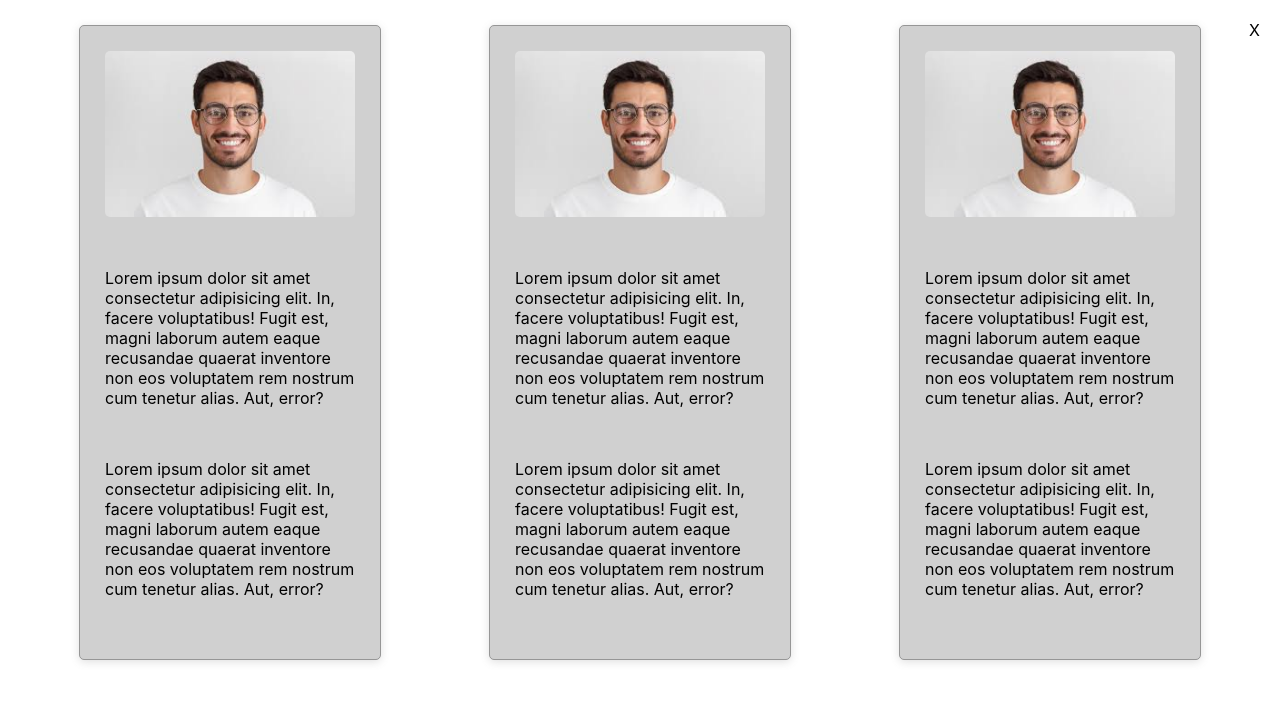
Repository: mikelnorth/team-profile-demo
Page: /
The author's editor kept a copy of each file at every save. The page is drawn from the files as they stood at one save, then again after the next save.
The browser window is 1280 px wide. The pictures show the whole page.
The project was rebuilt for these pictures with package versions that can differ from the ones it lists, and the page was loaded fresh each time.

Above is the page before, as saved 2022-05-19 19:01:49.

After the next save:
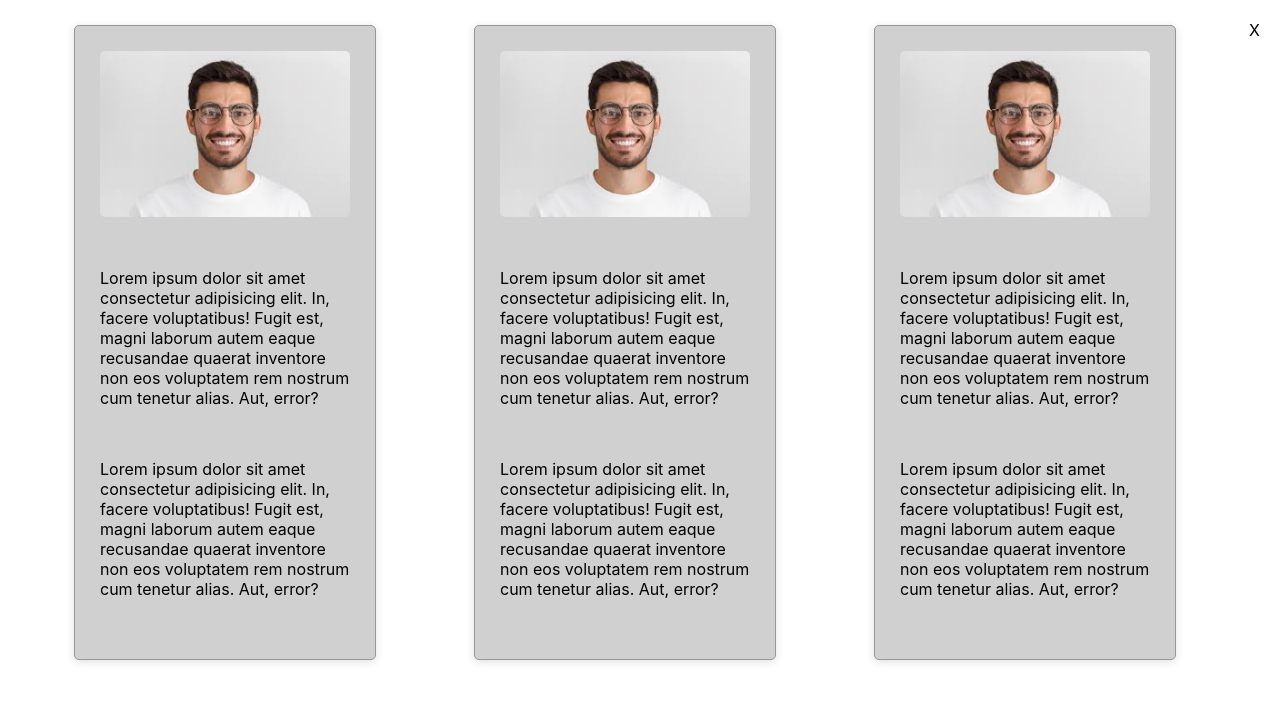
Saved 64 s later.
--- a/src/App.scss
+++ b/src/App.scss
@@ -7,5 +7,6 @@ nav {
 main {
   display: flex;
   justify-content: space-around;
+  max-width: 1200px;
   padding: 25px;
 }
